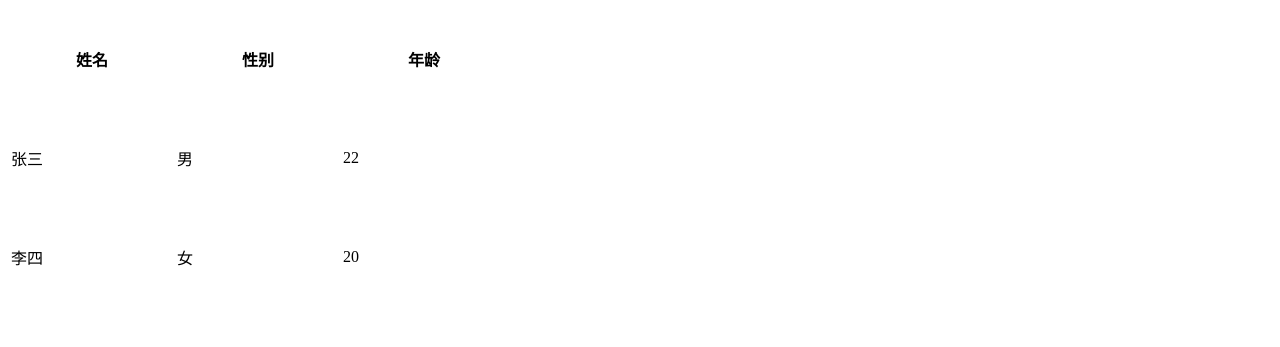
Repository: ls02/VSCode
Page: Java/2022/6-28-1/Test.html
The author's editor kept a copy of each file at every save. The page is drawn from the files as they stood at one save, then again after the next save.
The browser window is 1280 px wide. The pictures show the whole page.

Above is the page before, as saved 2022-06-28 18:14:34.

### Java/2022/6-28-1/Test.html
<!--
 * @Author: ls02 <2877455773@qq.com>
 * @Date: 2022-06-28 16:01:52
 * @LastEditors: ls02 <2877455773@qq.com>
 * @LastEditTime: 2022-06-28 18:14:12
 * @FilePath: \Java\2022\6-28-1\Test.html
 * @Description:
 *
 * Copyright (c) 2022 by ${ls02 <2877455773@qq.com>}, All Rights Reserved.
-->
<!DOCTYPE html>
<html lang="en">
<head>
    <meta charset="UTF-8">
    <meta http-equiv="X-UA-Compatible" content="IE=edge">
    <meta name="viewport" content="width=device-width, initial-scale=1.0">
    <title>我的标题</title>
</head>
<body>
    <!-- <a href="https://www.baidu.com" target="_blank">这是一个超链接</a> -->
    <table width="500px" height="300px">
        <tr>
            <th>姓名</th>
            <th>性别</th>
            <th>年龄</th>
        </tr>
        <tr>
            <td>张三</td>
            <td>男</td>
            <td>22</td>
        </tr>
        <tr>
            <td>李四</td>
            <td>女</td>
            <td>20</td>
        </tr>
    </table>
</body>
</html>

After the next save:
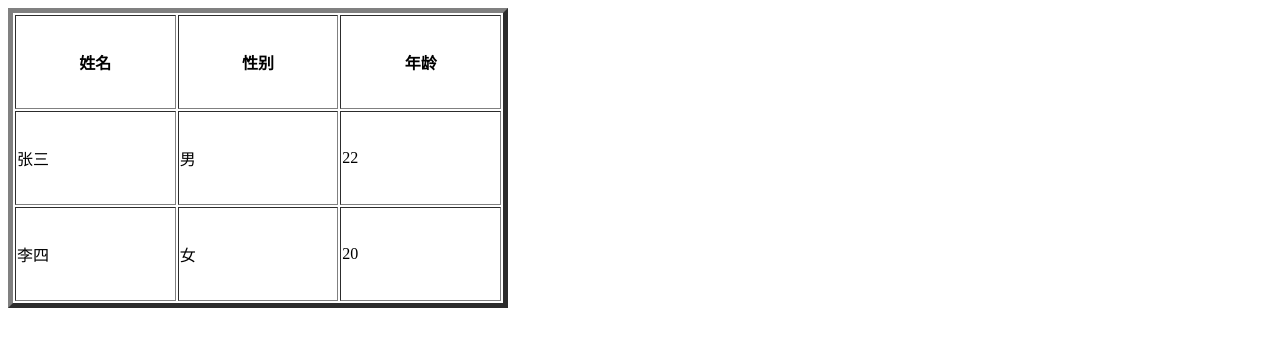
Saved 23 s later.
--- a/Java/2022/6-28-1/Test.html
+++ b/Java/2022/6-28-1/Test.html
@@ -18,7 +18,7 @@
 </head>
 <body>
     <!-- <a href="https://www.baidu.com" target="_blank">这是一个超链接</a> -->
-    <table width="500px" height="300px">
+    <table width="500px" height="300px" border="5px">
         <tr>
             <th>姓名</th>
             <th>性别</th>
